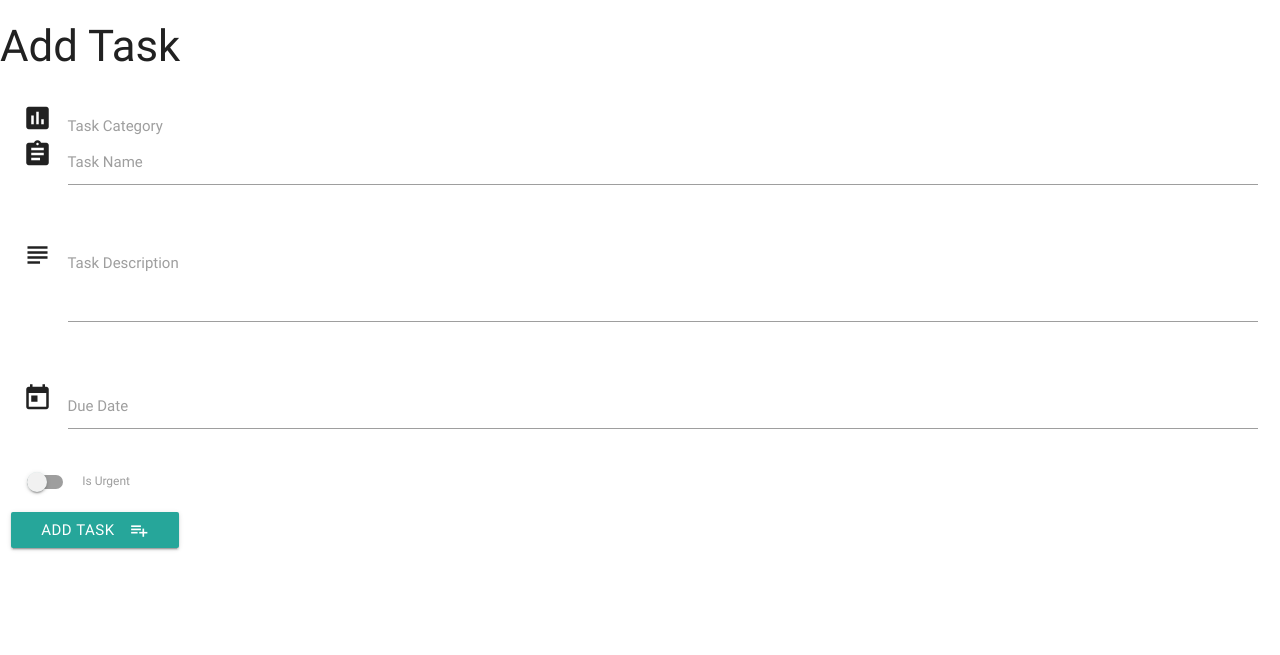
Repository: CapitainHolmes/task-manager
Page: http://localhost/add_task
The author's editor kept a record of every edit. The page is drawn from the files as they stood at one moment, then again after the next edit.
The browser window is 1280 px wide. The pictures show the whole page.
Some web libraries are served in a nearby version. The page is served by the project's application, run on Flask 3 (app.py). Queries for data that is not in the repository find no rows.

Above is the page before.
Console error: TypeError: Cannot read properties of null (reading 'addEventListener')

### templates/addtask.html
{% extends 'base.html' %} {% block content %}
<h3>Add Task</h3>
<div class="row">
    <form action="{{ url_for('insert_task') }}" method="POST"  class="col s12">
        <div class="row">
            <div class="row">
                <div class="input-field col s12">
                    <i class="material-icons prefix">poll</i>
                    <select id="category" name="category_name">
                  <option value="" disabled selected>Choose Category</option>
                  {% for cat in categories %}
                      <option value="{{cat.category_name}}">{{cat.category_name}}</option>
                  {% endfor %}
                </select>
                    <label>Task Category</label>
                </div>
            </div>
            <div class="input-field col s12">
                <i class="material-icons prefix">assignment</i>
                <input id="task_name" name="task_name" type="text">
                <label for="icon_prefix">Task Name</label>
            </div>
        </div>
        <div class="row">
            <div class="input-field col s12">
                <i class="material-icons prefix">subject</i>
                <textarea name="task_description" id="task_description" class="materialize-textarea"></textarea>
                <label for="icon_telephone">Task Description</label>
            </div>
        </div>
        <div class="row">
            <div class="input-field col s12">
                <i class="material-icons prefix">today</i>
                <input id="due_date" name="due_date" type="text" class="datepicker">
                <label for="icon_prefix">Due Date</label>
            </div>
        </div>
        <div class="row">
            <div class="switch">
                <label>
                  <input id="is_urgent" name="is_urgent" type="checkbox">
                  <span class="lever"></span>
                  Is Urgent
                </label>
            </div>
        </div>
        <div class="row">
            <button class="btn waves-effect waves-light" type="submit" name="action">Add Task
                <i class="material-icons right">playlist_add</i>
             </button>
        </div>
    </form>
</div>

{% endblock %}

### templates/base.html
<!DOCTYPE html>
<html>

<head>
    <link href="https://fonts.googleapis.com/icon?family=Material+Icons" rel="stylesheet">
    <link rel="stylesheet" href="https://cdnjs.cloudflare.com/ajax/libs/materialize/0.100.2/css/materialize.min.css">
</head>

<body>
    {% block content %} {% endblock %}

    <script src="https://cdnjs.cloudflare.com/ajax/libs/jquery/3.2.1/jquery.min.js"></script>
    <script src="https://cdnjs.cloudflare.com/ajax/libs/materialize/0.100.2/js/materialize.min.js"></script>
    <script type="text/javascript">
        $(document).ready(function() {
            $('.collapsible').collapsible();
        });

        $('.datepicker').pickadate({
            selectMonths: true, // Creates a dropdown to control month
            selectYears: 15, // Creates a dropdown of 15 years to control year,
            today: 'Today',
            clear: 'Clear',
            close: 'Ok',
            closeOnSelect: false // Close upon selecting a date,
        });

        document.getElementById("matfix").addEventListener("click", function(e) {
            e.stopPropagation();
        });
    </script>
</body>

</html>

### app.py
import os
from flask import Flask, render_template, redirect, request, url_for
from flask_pymongo import PyMongo
from bson.objectid import ObjectId

app = Flask(__name__)
app.config["MONGO_DBNAME"] = 'task_manager'
app.config["MONGO_URI"] = os.getenv('MONGO_URI', 'mongodb://localhost')

mongo = PyMongo(app)


@app.route('/')
@app.route('/get_tasks')
def get_tasks():
    return render_template("tasks.html", tasks=mongo.db.tasks.find())

@app.route('/add_task')
def add_task():
    return render_template('addtask.html',
    categories=mongo.db.categories.find())

@app.route('/insert_task', methods=['POST'])
def insert_task():
    tasks = mongo.db.tasks
    tasks.insert_one(request.form.to_dict())
    return redirect(url_for('get_tasks'))


if __name__ == '__main__':
    app.run(host=os.environ.get('IP'),
            port=int(os.environ.get('PORT')),
            debug=True)

After the next edit:
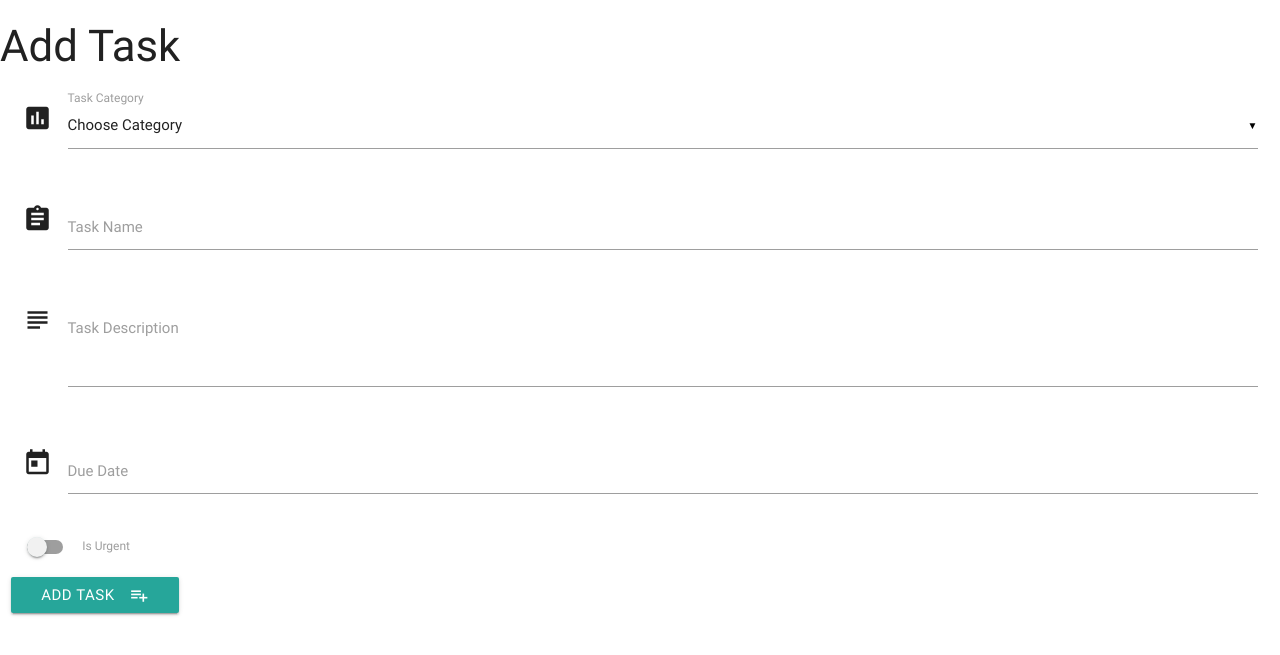
The edit:
--- a/templates/base.html
+++ b/templates/base.html
@@ -14,6 +14,7 @@
     <script type="text/javascript">
         $(document).ready(function() {
             $('.collapsible').collapsible();
+            $('select').material_select();
         });
 
         $('.datepicker').pickadate({
